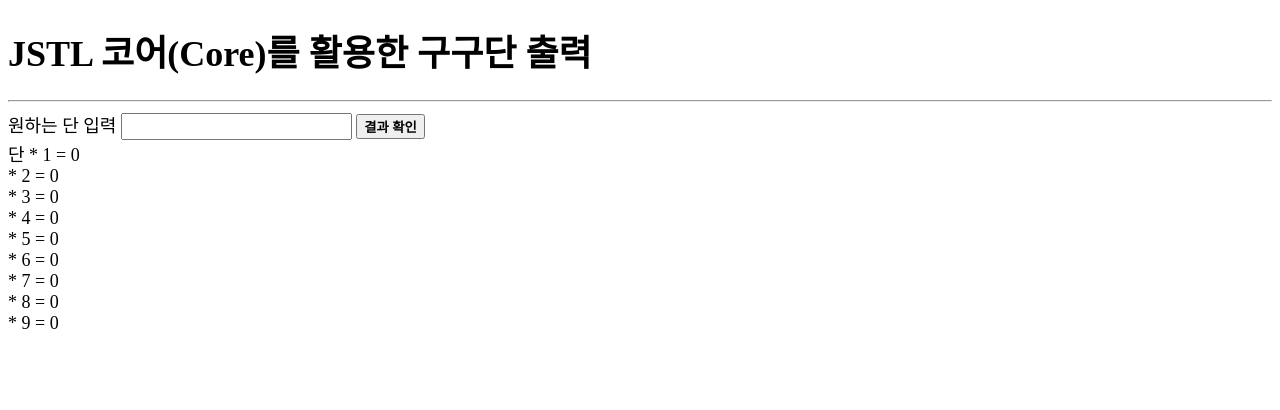
Repository: onpul/Web
Page: http://localhost/WebApp22/Gugudan.jsp
The author's editor kept a copy of each file at every save. The page is drawn from the files as they stood at one save, then again after a run of saves.
The browser window is 1280 px wide. The pictures show the whole page.
The page is served by Tomcat 9.

Above is the page before, as saved 2022-04-29 08:02:55.

After the next 2 saves:
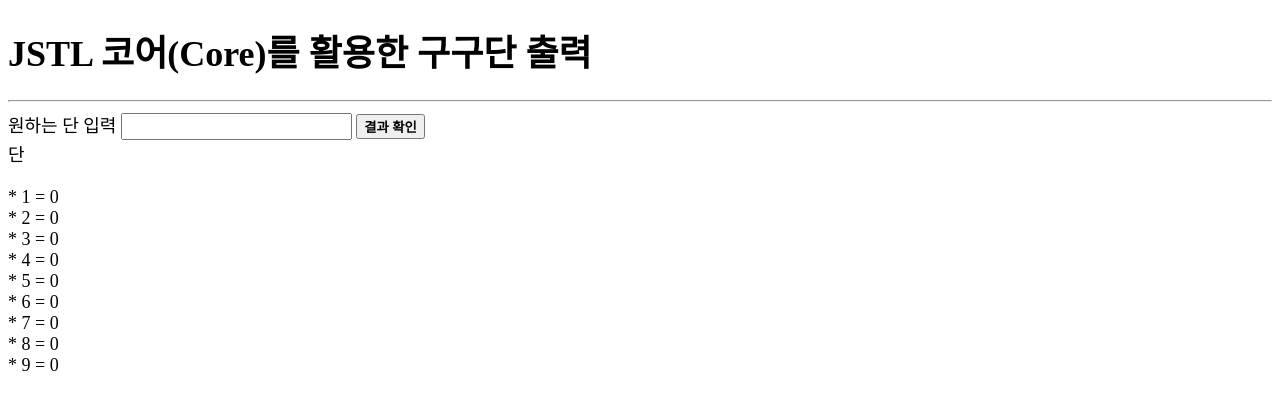
The 2 saves are shown as one change because they came seconds apart.
The last was saved 18 s later.
--- a/WebApp22/WebContent/Gugudan.jsp
+++ b/WebApp22/WebContent/Gugudan.jsp
@@ -31,7 +31,7 @@
 
 <div>
 	<!-- 결과 처리 -->
-	${param.dan } 단
+	${param.dan } 단<br><br>
 	<c:forEach var="a" begin="1" end="9" step="1">
 		${param.dan} * ${a } = ${param.dan * a} <br>
 	</c:forEach>
